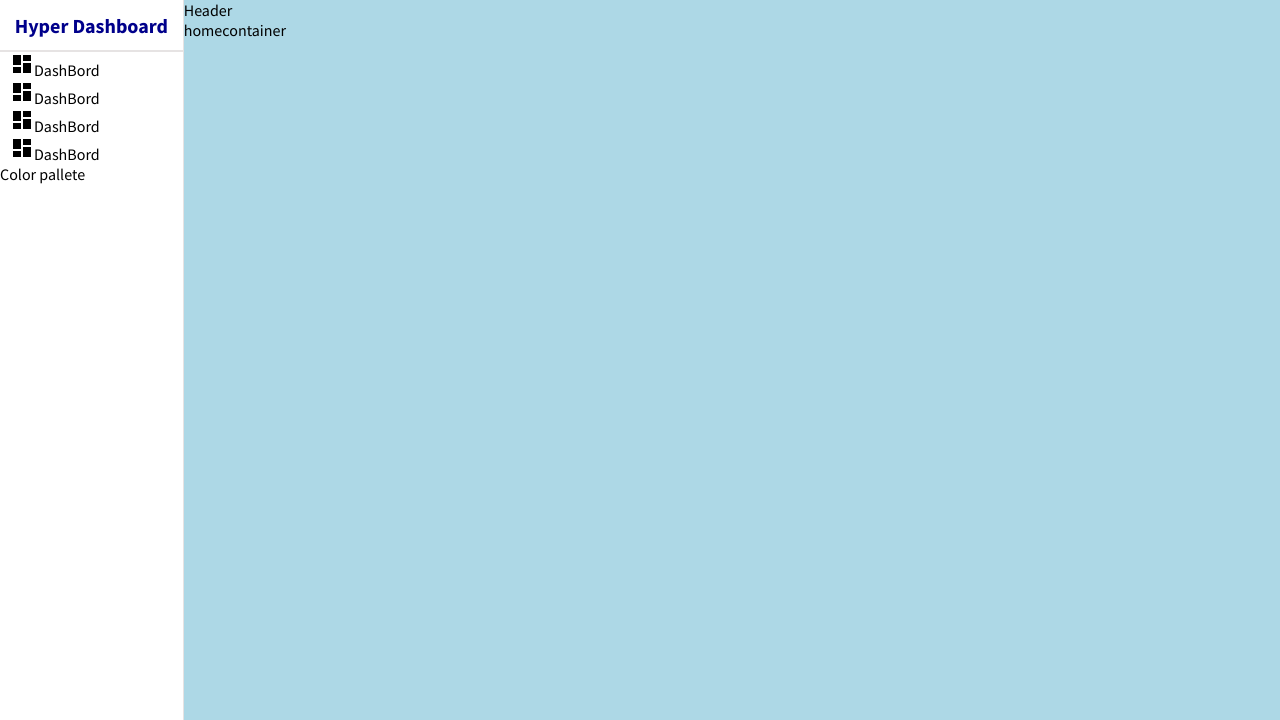
Repository: kenyi-mic/DashBoard
Page: /
These files come from the project's save history. The page is drawn as it stood at one moment and after the next save; the edit follows.
The browser window is 1280 px wide. The pictures show the whole page.
The project was rebuilt for these pictures with package versions that can differ from the ones it lists, and the page was loaded fresh each time. Also part of the build but not shown: src/components/Header/header.scss, src/pages/list/List.jsx. Imported but missing from the stored project, and not drawn on this page: src/pages/login/Login, src/pages/new/New, src/pages/single/Single.

Above is the page before, as saved 2022-05-17 10:36:46.

After the next save:
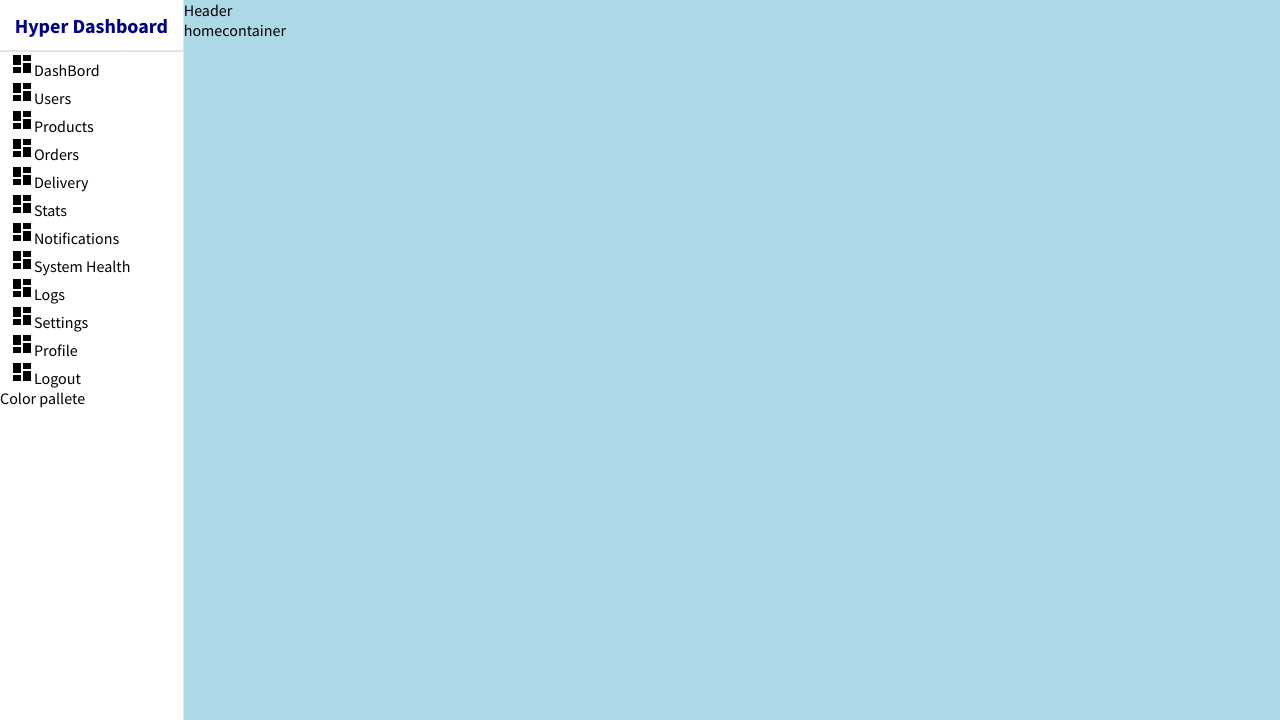
Saved 5 min 1 s later.
--- a/src/components/sidebar/Sidebar.jsx
+++ b/src/components/sidebar/Sidebar.jsx
@@ -17,15 +17,47 @@ function Sidebar() {
           </li>
           <li>
             <DashboardIcon />
-            <span>DashBord</span>
+            <span>Users</span>
           </li>
           <li>
             <DashboardIcon />
-            <span>DashBord</span>
+            <span>Products</span>
           </li>
           <li>
             <DashboardIcon />
-            <span>DashBord</span>
+            <span>Orders</span>
+          </li>
+          <li>
+            <DashboardIcon />
+            <span>Delivery</span>
+          </li>
+          <li>
+            <DashboardIcon />
+            <span>Stats</span>
+          </li>
+          <li>
+            <DashboardIcon />
+            <span>Notifications</span>
+          </li>
+          <li>
+            <DashboardIcon />
+            <span>System Health</span>
+          </li>
+          <li>
+            <DashboardIcon />
+            <span>Logs</span>
+          </li>
+          <li>
+            <DashboardIcon />
+            <span>Settings</span>
+          </li>
+          <li>
+            <DashboardIcon />
+            <span>Profile</span>
+          </li>
+          <li>
+            <DashboardIcon />
+            <span>Logout</span>
           </li>
         </ul>
       </div>
